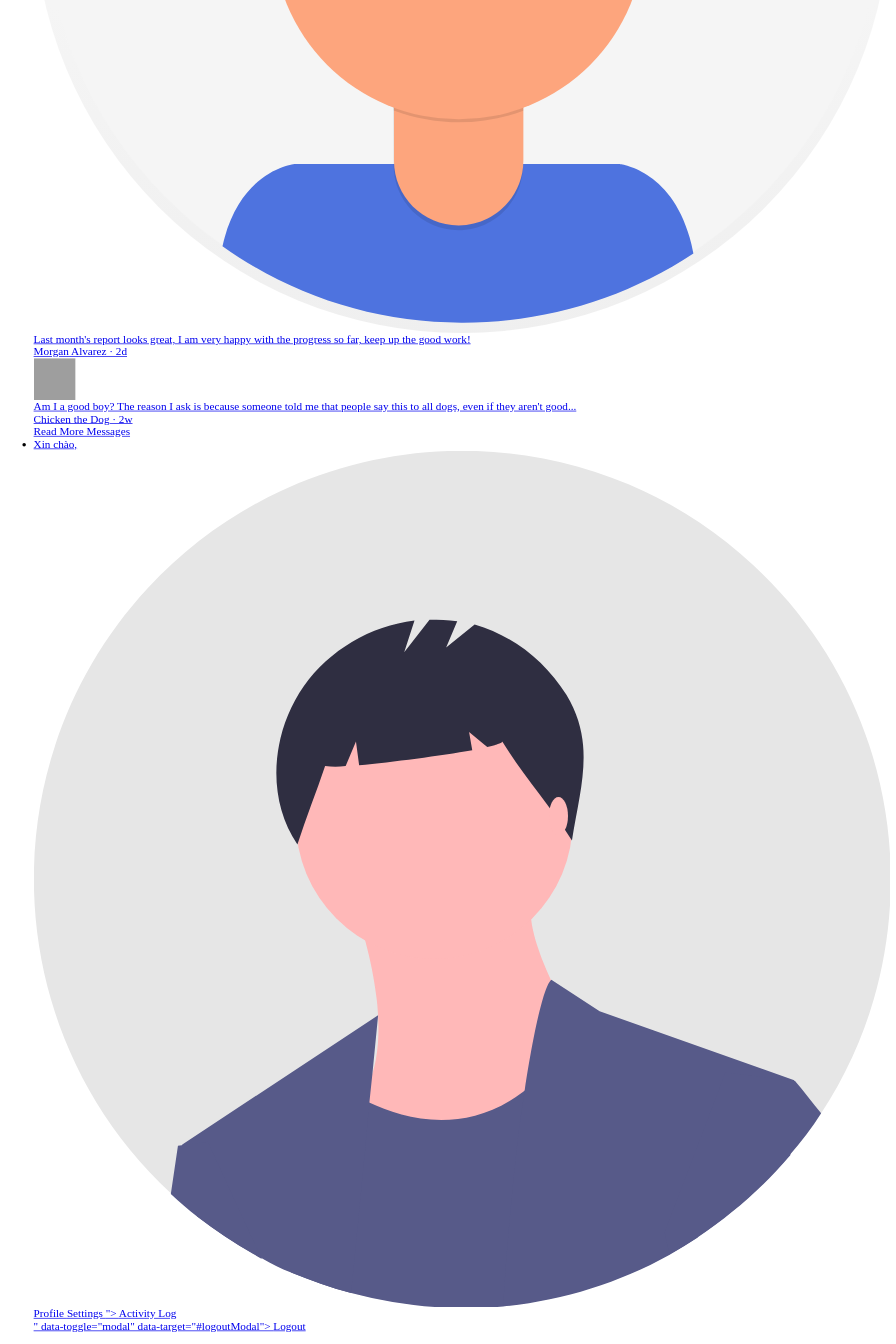
Repository: nhattieu/jsp-servlet-news-1
Page: http://localhost/training-jsp-servlet/common/admin/topbar.jsp
These files come from the project's save history. The page is drawn as it stood at one moment and after the next save; the edit follows.
The browser window is 1280 px wide. The pictures show the part of the page from y = 3654 to 5574 px (the page is 5574 px tall), at 70% of full size.
Pictures or frames that could not be fetched are drawn as grey boxes. The page is served by Tomcat 9. Nobody is signed in. The application's start-up code is not run. Other server files are loaded and not shown.

Above is the page before, as saved 2020-12-06 09:37:25.

### training-jsp-servlet/src/main/webapp/common/admin/topbar.jsp

<!-- Topbar -->
<nav
	class="navbar navbar-expand navbar-light bg-white topbar mb-4 static-top shadow">

	<!-- Sidebar Toggle (Topbar) -->
	<button id="sidebarToggleTop"
		class="btn btn-link d-md-none rounded-circle mr-3">
		<i class="fa fa-bars"></i>
	</button>

	<!-- Topbar Search -->
	<form
		class="d-none d-sm-inline-block form-inline mr-auto ml-md-3 my-2 my-md-0 mw-100 navbar-search">
		<div class="input-group">
			<input type="text" class="form-control bg-light border-0 small"
				placeholder="Search for..." aria-label="Search"
				aria-describedby="basic-addon2">
			<div class="input-group-append">
				<button class="btn btn-primary" type="button">
					<i class="fas fa-search fa-sm"></i>
				</button>
			</div>
		</div>
	</form>

	<!-- Topbar Navbar -->
	<ul class="navbar-nav ml-auto">

		<!-- Nav Item - Search Dropdown (Visible Only XS) -->
		<li class="nav-item dropdown no-arrow d-sm-none"><a
			class="nav-link dropdown-toggle" href="#" id="searchDropdown"
			role="button" data-toggle="dropdown" aria-haspopup="true"
			aria-expanded="false"> <i class="fas fa-search fa-fw"></i>
		</a> <!-- Dropdown - Messages -->
			<div
				class="dropdown-menu dropdown-menu-right p-3 shadow animated--grow-in"
				aria-labelledby="searchDropdown">
				<form class="form-inline mr-auto w-100 navbar-search">
					<div class="input-group">
						<input type="text" class="form-control bg-light border-0 small"
							placeholder="Search for..." aria-label="Search"
							aria-describedby="basic-addon2">
						<div class="input-group-append">
							<button class="btn btn-primary" type="button">
								<i class="fas fa-search fa-sm"></i>
							</button>
						</div>
					</div>
				</form>
			</div></li>

		<!-- Nav Item - Alerts -->
		<li class="nav-item dropdown no-arrow mx-1"><a
			class="nav-link dropdown-toggle" href="#" id="alertsDropdown"
			role="button" data-toggle="dropdown" aria-haspopup="true"
			aria-expanded="false"> <i class="fas fa-bell fa-fw"></i> <!-- Counter - Alerts -->
				<span class="badge badge-danger badge-counter">3+</span>
		</a> <!-- Dropdown - Alerts -->
			<div
				class="dropdown-list dropdown-menu dropdown-menu-right shadow animated--grow-in"
				aria-labelledby="alertsDropdown">
				<h6 class="dropdown-header">Alerts Center</h6>
				<a class="dropdown-item d-flex align-items-center" href="#">
					<div class="mr-3">
						<div class="icon-circle bg-primary">
							<i class="fas fa-file-alt text-white"></i>
						</div>
					</div>
					<div>
						<div class="small text-gray-500">December 12, 2019</div>
						<span class="font-weight-bold">A new monthly report is
							ready to download!</span>
					</div>
				</a> <a class="dropdown-item d-flex align-items-center" href="#">
					<div class="mr-3">
						<div class="icon-circle bg-success">
							<i class="fas fa-donate text-white"></i>
						</div>
					</div>
					<div>
						<div class="small text-gray-500">December 7, 2019</div>
						$290.29 has been deposited into your account!
					</div>
				</a> <a class="dropdown-item d-flex align-items-center" href="#">
					<div class="mr-3">
						<div class="icon-circle bg-warning">
							<i class="fas fa-exclamation-triangle text-white"></i>
						</div>
					</div>
					<div>
						<div class="small text-gray-500">December 2, 2019</div>
						Spending Alert: We've noticed unusually high spending for your
						account.
					</div>
				</a> <a class="dropdown-item text-center small text-gray-500" href="#">Show
					All Alerts</a>
			</div></li>

		<!-- Nav Item - Messages -->
		<li class="nav-item dropdown no-arrow mx-1"><a
			class="nav-link dropdown-toggle" href="#" id="messagesDropdown"
			role="button" data-toggle="dropdown" aria-haspopup="true"
			aria-expanded="false"> <i class="fas fa-envelope fa-fw"></i> <!-- Counter - Messages -->
				<span class="badge badge-danger badge-counter">7</span>
		</a> <!-- Dropdown - Messages -->
			<div
				class="dropdown-list dropdown-menu dropdown-menu-right shadow animated--grow-in"
				aria-labelledby="messagesDropdown">
				<h6 class="dropdown-header">Message Center</h6>
				<a class="dropdown-item d-flex align-items-center" href="#">
					<div class="dropdown-list-image mr-3">
						<img class="rounded-circle" src="template/admin/img/undraw_profile_1.svg" alt="">
						<div class="status-indicator bg-success"></div>
					</div>
					<div class="font-weight-bold">
						<div class="text-truncate">Hi there! I am wondering if you
							can help me with a problem I've been having.</div>
						<div class="small text-gray-500">Emily Fowler · 58m</div>
					</div>
				</a> <a class="dropdown-item d-flex align-items-center" href="#">
					<div class="dropdown-list-image mr-3">
						<img class="rounded-circle" src="template/admin/img/undraw_profile_2.svg" alt="">
						<div class="status-indicator"></div>
					</div>
					<div>
						<div class="text-truncate">I have the photos that you
							ordered last month, how would you like them sent to you?</div>
						<div class="small text-gray-500">Jae Chun · 1d</div>
					</div>
				</a> <a class="dropdown-item d-flex align-items-center" href="#">
					<div class="dropdown-list-image mr-3">
						<img class="rounded-circle" src="template/admin/img/undraw_profile_3.svg" alt="">
						<div class="status-indicator bg-warning"></div>
					</div>
					<div>
						<div class="text-truncate">Last month's report looks great,
							I am very happy with the progress so far, keep up the good work!</div>
						<div class="small text-gray-500">Morgan Alvarez · 2d</div>
					</div>
				</a> <a class="dropdown-item d-flex align-items-center" href="#">
					<div class="dropdown-list-image mr-3">
						<img class="rounded-circle"
							src="https://source.unsplash.com/Mv9hjnEUHR4/60x60" alt="">
						<div class="status-indicator bg-success"></div>
					</div>
					<div>
						<div class="text-truncate">Am I a good boy? The reason I ask
							is because someone told me that people say this to all dogs, even
							if they aren't good...</div>
						<div class="small text-gray-500">Chicken the Dog · 2w</div>
					</div>
				</a> <a class="dropdown-item text-center small text-gray-500" href="#">Read
					More Messages</a>
			</div></li>

		<div class="topbar-divider d-none d-sm-block"></div>

		<!-- Nav Item - User Information -->
		<li class="nav-item dropdown no-arrow"><a
			class="nav-link dropdown-toggle" href="#" id="userDropdown"
			role="button" data-toggle="dropdown" aria-haspopup="true"
			aria-expanded="false">
			<span
				class="mr-2 d-none d-lg-inline text-gray-600 small">Xin chào, ${USERMODEL.fullName}</span>
					<img class="img-profile rounded-circle"
				src="template/admin/img/undraw_profile.svg">
		</a> <!-- Dropdown - User Information -->
			<div
				class="dropdown-menu dropdown-menu-right shadow animated--grow-in"
				aria-labelledby="userDropdown">
				<a class="dropdown-item" href="#"> <i
					class="fas fa-user fa-sm fa-fw mr-2 text-gray-400"></i> Profile
				</a>
				<a class="dropdown-item" href="#"> <i
					class="fas fa-cogs fa-sm fa-fw mr-2 text-gray-400"></i> Settings
				</a>
				<a class="dropdown-item" href="<c:url value="/dang-xuat?action=logout" />"> <i
					class="fas fa-list fa-sm fa-fw mr-2 text-gray-400"></i> Activity
					Log
				</a>
				<div class="dropdown-divider"></div>
				<a class="dropdown-item" href="<c:url value="/dang-xuat?action=logout" />" data-toggle="modal"
					data-target="#logoutModal"> <i
					class="fas fa-sign-out-alt fa-sm fa-fw mr-2 text-gray-400"></i>
					Logout
				</a>
			</div></li>

	</ul>

</nav>
<!-- End of Topbar -->

### training-jsp-servlet/src/main/webapp/template/admin/img/undraw_profile_1.svg
<?xml version="1.0" encoding="utf-8"?>
<!-- Generator: Adobe Illustrator 25.0.0, SVG Export Plug-In . SVG Version: 6.00 Build 0)  -->
<svg version="1.1" id="_x38_8ce59e9-c4b8-4d1d-9d7a-ce0190159aa8"
	 xmlns="http://www.w3.org/2000/svg" xmlns:xlink="http://www.w3.org/1999/xlink" x="0px" y="0px" viewBox="0 0 231.8 231.8"
	 style="enable-background:new 0 0 231.8 231.8;" xml:space="preserve">
<style type="text/css">
	.st0{opacity:0.5;}
	.st1{fill:url(#SVGID_1_);}
	.st2{fill:#F5F5F5;}
	.st3{fill:#333333;}
	.st4{fill:#4E73DF;}
	.st5{opacity:0.1;enable-background:new    ;}
	.st6{fill:#BE7C5E;}
</style>
<g class="st0">

		<linearGradient id="SVGID_1_" gradientUnits="userSpaceOnUse" x1="115.89" y1="525.2" x2="115.89" y2="756.98" gradientTransform="matrix(1 0 0 -1 0 756.98)">
		<stop  offset="0" style="stop-color:#808080;stop-opacity:0.25"/>
		<stop  offset="0.54" style="stop-color:#808080;stop-opacity:0.12"/>
		<stop  offset="1" style="stop-color:#808080;stop-opacity:0.1"/>
	</linearGradient>
	<circle class="st1" cx="115.9" cy="115.9" r="115.9"/>
</g>
<circle class="st2" cx="115.9" cy="115.3" r="113.4"/>
<path class="st3" d="M71.6,116.3c0,0-12.9,63.4-19.9,59.8c0,0,67.7,58.5,127.5,0c0,0-10.5-44.6-25.7-59.8H71.6z"/>
<path class="st4" d="M116.2,229c22.2,0,43.9-6.5,62.4-18.7c-4.2-22.8-20.1-24.1-20.1-24.1H70.8c0,0-15,1.2-19.7,22.2
	C70.1,221.9,92.9,229.1,116.2,229z"/>
<circle class="st3" cx="115" cy="112.8" r="50.3"/>
<path class="st5" d="M97.3,158.4h35.1l0,0v28.1c0,9.7-7.8,17.5-17.5,17.5l0,0c-9.7,0-17.5-7.9-17.5-17.5L97.3,158.4L97.3,158.4z"/>
<path class="st6" d="M100.7,157.1h28.4c1.9,0,3.4,1.5,3.4,3.3v0v24.7c0,9.7-7.8,17.5-17.5,17.5l0,0c-9.7,0-17.5-7.9-17.5-17.5v0
	v-24.7C97.4,158.6,98.9,157.1,100.7,157.1z"/>
<path class="st5" d="M97.4,171.6c11.3,4.2,23.8,4.3,35.1,0.1v-4.3H97.4V171.6z"/>
<circle class="st6" cx="115" cy="123.7" r="50.3"/>
<path class="st3" d="M66.9,104.6h95.9c0,0-8.2-38.7-44.4-36.2S66.9,104.6,66.9,104.6z"/>
<ellipse class="st6" cx="65.8" cy="121.5" rx="4.7" ry="8.8"/>
<ellipse class="st6" cx="164" cy="121.5" rx="4.7" ry="8.8"/>
<path class="st5" d="M66.9,105.9h95.9c0,0-8.2-38.7-44.4-36.2S66.9,105.9,66.9,105.9z"/>
</svg>

### training-jsp-servlet/src/main/webapp/template/admin/img/undraw_profile_2.svg
<?xml version="1.0" encoding="utf-8"?>
<!-- Generator: Adobe Illustrator 25.0.0, SVG Export Plug-In . SVG Version: 6.00 Build 0)  -->
<svg version="1.1" id="_x38_8ce59e9-c4b8-4d1d-9d7a-ce0190159aa8"
	 xmlns="http://www.w3.org/2000/svg" xmlns:xlink="http://www.w3.org/1999/xlink" x="0px" y="0px" viewBox="0 0 231.8 231.8"
	 style="enable-background:new 0 0 231.8 231.8;" xml:space="preserve">
<style type="text/css">
	.st0{opacity:0.5;}
	.st1{fill:url(#SVGID_1_);}
	.st2{fill:#F5F5F5;}
	.st3{fill:#4E73DF;}
	.st4{fill:#72351C;}
	.st5{opacity:0.1;enable-background:new    ;}
	.st6{fill:#FDA57D;}
</style>
<g class="st0">

		<linearGradient id="SVGID_1_" gradientUnits="userSpaceOnUse" x1="115.89" y1="526.22" x2="115.89" y2="758" gradientTransform="matrix(1 0 0 -1 0 758)">
		<stop  offset="0" style="stop-color:#808080;stop-opacity:0.25"/>
		<stop  offset="0.54" style="stop-color:#808080;stop-opacity:0.12"/>
		<stop  offset="1" style="stop-color:#808080;stop-opacity:0.1"/>
	</linearGradient>
	<circle class="st1" cx="115.9" cy="115.9" r="115.9"/>
</g>
<circle class="st2" cx="116.1" cy="115.1" r="113.4"/>
<path class="st3" d="M116.2,229c22.2,0,43.9-6.5,62.4-18.7c-4.2-22.9-20.1-24.2-20.1-24.2H70.8c0,0-15,1.2-19.7,22.2
	C70.1,221.9,92.9,229.1,116.2,229z"/>
<circle class="st4" cx="115" cy="112.8" r="54.8"/>
<path class="st5" d="M97.3,158.4h35.1l0,0v28.1c0,9.7-7.8,17.6-17.5,17.6c0,0,0,0,0,0l0,0c-9.7,0-17.5-7.9-17.5-17.5L97.3,158.4
	L97.3,158.4z"/>
<path class="st6" d="M100.7,157.1h28.4c1.9,0,3.3,1.5,3.3,3.4v24.7c0,9.7-7.9,17.5-17.5,17.5l0,0c-9.7,0-17.5-7.9-17.5-17.5v-24.7
	C97.3,158.6,98.8,157.1,100.7,157.1L100.7,157.1z"/>
<path class="st5" d="M97.4,171.6c11.3,4.2,23.8,4.3,35.1,0.1v-4.3H97.4V171.6z"/>
<circle class="st6" cx="115" cy="123.7" r="50.3"/>
<path class="st5" d="M79.2,77.9c0,0,21.2,43,81,18l-13.9-21.8l-24.7-8.9L79.2,77.9z"/>
<path class="st4" d="M79.2,77.3c0,0,21.2,43,81,18l-13.9-21.8l-24.7-8.9L79.2,77.3z"/>
<path class="st4" d="M79,74.4c1.4-4.4,3.9-8.4,7.2-11.7c9.9-9.8,26.1-11.8,34.4-23c1.8,3.1,0.7,7.1-2.4,8.9
	c-0.2,0.1-0.4,0.2-0.6,0.3c8-0.1,17.2-0.8,21.7-7.3c2.3,5.3,1.3,11.4-2.5,15.7c7.1,0.3,14.6,5.1,15.1,12.2c0.3,4.7-2.6,9.1-6.5,11.9
	s-8.5,3.9-13.1,4.9C118.8,89.2,70.3,101.6,79,74.4z"/>
<path class="st4" d="M165.3,124.1H164L138,147.2c-25-11.7-43.3,0-43.3,0l-27.2-22.1l-2.7,0.3c0.8,27.8,23.9,49.6,51.7,48.9
	C143.6,173.5,165.3,151.3,165.3,124.1L165.3,124.1z M115,156.1c-9.8,0-17.7-2-17.7-4.4s7.9-4.4,17.7-4.4s17.7,2,17.7,4.4
	S124.7,156.1,115,156.1L115,156.1z"/>
<ellipse class="st6" cx="64.7" cy="123.6" rx="4.7" ry="8.8"/>
<ellipse class="st6" cx="165.3" cy="123.6" rx="4.7" ry="8.8"/>
</svg>

### training-jsp-servlet/src/main/webapp/template/admin/img/undraw_profile_3.svg
<?xml version="1.0" encoding="utf-8"?>
<!-- Generator: Adobe Illustrator 25.0.0, SVG Export Plug-In . SVG Version: 6.00 Build 0)  -->
<svg version="1.1" id="_x38_8ce59e9-c4b8-4d1d-9d7a-ce0190159aa8"
	 xmlns="http://www.w3.org/2000/svg" xmlns:xlink="http://www.w3.org/1999/xlink" x="0px" y="0px" viewBox="0 0 231.8 231.8"
	 style="enable-background:new 0 0 231.8 231.8;" xml:space="preserve">
<style type="text/css">
	.st0{opacity:0.5;}
	.st1{fill:url(#SVGID_1_);}
	.st2{fill:#F5F5F5;}
	.st3{fill:#4E73DF;}
	.st4{fill:#F55F44;}
	.st5{opacity:0.1;enable-background:new    ;}
	.st6{fill:#FDA57D;}
	.st7{fill:#333333;}
</style>
<g class="st0">

		<linearGradient id="SVGID_1_" gradientUnits="userSpaceOnUse" x1="115.89" y1="9.36" x2="115.89" y2="241.14" gradientTransform="matrix(1 0 0 -1 0 241.14)">
		<stop  offset="0" style="stop-color:#808080;stop-opacity:0.25"/>
		<stop  offset="0.54" style="stop-color:#808080;stop-opacity:0.12"/>
		<stop  offset="1" style="stop-color:#808080;stop-opacity:0.1"/>
	</linearGradient>
	<circle class="st1" cx="115.9" cy="115.9" r="115.9"/>
</g>
<circle class="st2" cx="116.1" cy="115.1" r="113.4"/>
<path class="st3" d="M116.2,229c22.2,0,43.8-6.5,62.3-18.7c-4.2-22.8-20.1-24.2-20.1-24.2H70.8c0,0-15,1.2-19.7,22.2
	C70.1,221.9,92.9,229.1,116.2,229z"/>
<circle class="st4" cx="115" cy="112.8" r="54.8"/>
<path class="st5" d="M97.3,158.4h35.1l0,0v28.1c0,9.7-7.9,17.5-17.5,17.5l0,0l0,0c-9.7,0-17.5-7.9-17.5-17.5l0,0L97.3,158.4
	L97.3,158.4z"/>
<path class="st6" d="M100.7,157.1h28.4c1.9,0,3.4,1.5,3.4,3.4l0,0v24.7c0,9.7-7.9,17.5-17.5,17.5l0,0l0,0c-9.7,0-17.5-7.9-17.5-17.5
	l0,0v-24.7C97.4,158.6,98.8,157.1,100.7,157.1L100.7,157.1L100.7,157.1z"/>
<path class="st5" d="M97.4,171.6c11.3,4.2,23.8,4.3,35.1,0.1v-4.3H97.4V171.6z"/>
<circle class="st6" cx="115" cy="123.7" r="50.3"/>
<circle class="st4" cx="114.9" cy="57.1" r="20.2"/>
<circle class="st4" cx="114.9" cy="37.1" r="13.3"/>
<path class="st4" d="M106.2,68.2c-9.9-4.4-14.5-15.8-10.5-25.9c-0.1,0.3-0.3,0.6-0.4,0.9c-4.6,10.2,0,22.2,10.2,26.8
	s22.2,0,26.8-10.2c0.1-0.3,0.2-0.6,0.4-0.9C127.6,68.5,116,72.6,106.2,68.2z"/>
<path class="st5" d="M79.2,77.9c0,0,21.2,43,81,18l-13.9-21.8l-24.7-8.9L79.2,77.9z"/>
<path class="st4" d="M79.2,77.3c0,0,21.2,43,81,18l-13.9-21.8l-24.7-8.9L79.2,77.3z"/>
<path class="st7" d="M95.5,61.6c13-1,26.1-1,39.2,0C134.7,61.6,105.8,64.3,95.5,61.6z"/>
<path class="st4" d="M118,23c-1,0-2,0-3,0.2h0.8c7.3,0.2,13.1,6.4,12.8,13.7c-0.2,6.2-4.7,11.5-10.8,12.6
	c7.3,0.1,13.3-5.8,13.4-13.2C131.2,29.1,125.3,23.1,118,23L118,23z"/>
<ellipse class="st6" cx="64.7" cy="123.6" rx="4.7" ry="8.8"/>
<ellipse class="st6" cx="165.3" cy="123.6" rx="4.7" ry="8.8"/>
<polygon class="st4" points="76,78.6 85.8,73.5 88,81.6 82,85.7 "/>
</svg>

### training-jsp-servlet/src/main/webapp/template/admin/img/undraw_profile.svg
<?xml version="1.0" encoding="utf-8"?>
<!-- Generator: Adobe Illustrator 25.0.0, SVG Export Plug-In . SVG Version: 6.00 Build 0)  -->
<svg version="1.1" id="Layer_1" xmlns="http://www.w3.org/2000/svg" xmlns:xlink="http://www.w3.org/1999/xlink" x="0px" y="0px"
	 viewBox="0 0 108.3 108.3" style="enable-background:new 0 0 108.3 108.3;" xml:space="preserve">
<style type="text/css">
	.st0{fill:#E6E6E6;}
	.st1{fill:#FFB8B8;}
	.st2{fill:#575A89;}
	.st3{fill:#2F2E41;}
</style>
<g id="Group_45" transform="translate(-191 -152.079)">
	<g id="Group_30" transform="translate(282.246 224.353)">
		<path id="Path_944" class="st0" d="M17.1-18.1c0,10.5-3,20.8-8.8,29.6c-1.2,1.9-2.5,3.6-4,5.3c-3.4,4-7.3,7.4-11.6,10.3
			c-1.2,0.8-2.4,1.5-3.6,2.2c-6.5,3.6-13.7,5.8-21,6.5c-1.7,0.2-3.4,0.2-5.1,0.2c-4.7,0-9.4-0.6-14-1.8c-2.6-0.7-5.1-1.6-7.6-2.6
			c-1.3-0.5-2.5-1.1-3.7-1.8c-2.9-1.5-5.6-3.3-8.2-5.3c-1.2-0.9-2.3-1.9-3.4-2.9C-95.8,1.3-97.1-33-76.8-54.9s54.6-23.3,76.5-2.9
			C10.8-47.6,17.1-33.2,17.1-18.1L17.1-18.1z"/>
		<path id="Path_945" class="st1" d="M-50.2-13.2c0,0,4.9,13.7,1.1,21.4s6,16.4,6,16.4s25.8-13.1,22.5-19.7s-8.8-15.3-7.7-20.8
			L-50.2-13.2z"/>
		<ellipse id="Ellipse_185" class="st1" cx="-40.6" cy="-25.5" rx="17.5" ry="17.5"/>
		<path id="Path_946" class="st2" d="M-51.1,34.2c-2.6-0.7-5.1-1.6-7.6-2.6l0.5-13.3l4.9-11c1.1,0.9,2.3,1.6,3.5,2.3
			c0.3,0.2,0.6,0.3,0.9,0.5c4.6,2.2,12.2,4.2,19.5-1.3c2.7-2.1,5-4.7,6.7-7.6L-8.8,9l0.7,8.4l0.8,9.8c-1.2,0.8-2.4,1.5-3.6,2.2
			c-6.5,3.6-13.7,5.8-21,6.5c-1.7,0.2-3.4,0.2-5.1,0.2C-41.8,36.1-46.5,35.4-51.1,34.2z"/>
		<path id="Path_947" class="st2" d="M-47.7-0.9L-47.7-0.9l-0.7,7.2l-0.4,3.8l-0.5,5.6l-1.8,18.5c-2.6-0.7-5.1-1.6-7.6-2.6
			c-1.3-0.5-2.5-1.1-3.7-1.8c-2.9-1.5-5.6-3.3-8.2-5.3l-1.9-9l0.1-0.1L-47.7-0.9z"/>
		<path id="Path_948" class="st2" d="M-10.9,29.3c-6.5,3.6-13.7,5.8-21,6.5c0.4-6.7,1-13.1,1.6-18.8c0.3-2.9,0.7-5.7,1.1-8.2
			c1.2-8,2.5-13.5,3.4-14.2l6.1,4L4.9,7.3l-0.5,9.5c-3.4,4-7.3,7.4-11.6,10.3C-8.5,27.9-9.7,28.7-10.9,29.3z"/>
		<path id="Path_949" class="st2" d="M-70.5,24.6c-1.2-0.9-2.3-1.9-3.4-2.9l0.9-6.1l0.7-0.1l3.1-0.4l6.8,14.8
			C-65.2,28.3-67.9,26.6-70.5,24.6L-70.5,24.6z"/>
		<path id="Path_950" class="st2" d="M8.3,11.5c-1.2,1.9-2.5,3.6-4,5.3c-3.4,4-7.3,7.4-11.6,10.3c-1.2,0.8-2.4,1.5-3.6,2.2l-0.6-2.8
			l3.5-9.1l4.2-11.1l8.8,1.1C6.1,8.7,7.2,10.1,8.3,11.5z"/>
		<path id="Path_951" class="st3" d="M-23.9-41.4c-2.7-4.3-6.8-7.5-11.6-8.9l-3.6,2.9l1.4-3.3c-1.2-0.2-2.3-0.2-3.5-0.2l-3.2,4.1
			l1.3-4c-5.6,0.7-10.7,3.7-14,8.3c-4.1,5.9-4.8,14.1-0.8,20c1.1-3.4,2.4-6.6,3.5-9.9c0.9,0.1,1.7,0.1,2.6,0l1.3-3.1l0.4,3
			c4.2-0.4,10.3-1.2,14.3-1.9l-0.4-2.3l2.3,1.9c1.2-0.3,1.9-0.5,1.9-0.7c2.9,4.7,5.8,7.7,8.8,12.5C-22.1-29.8-20.2-35.3-23.9-41.4z"
			/>
		<ellipse id="Ellipse_186" class="st1" cx="-24.9" cy="-26.1" rx="1.2" ry="2.4"/>
	</g>
</g>
</svg>

After the next save:
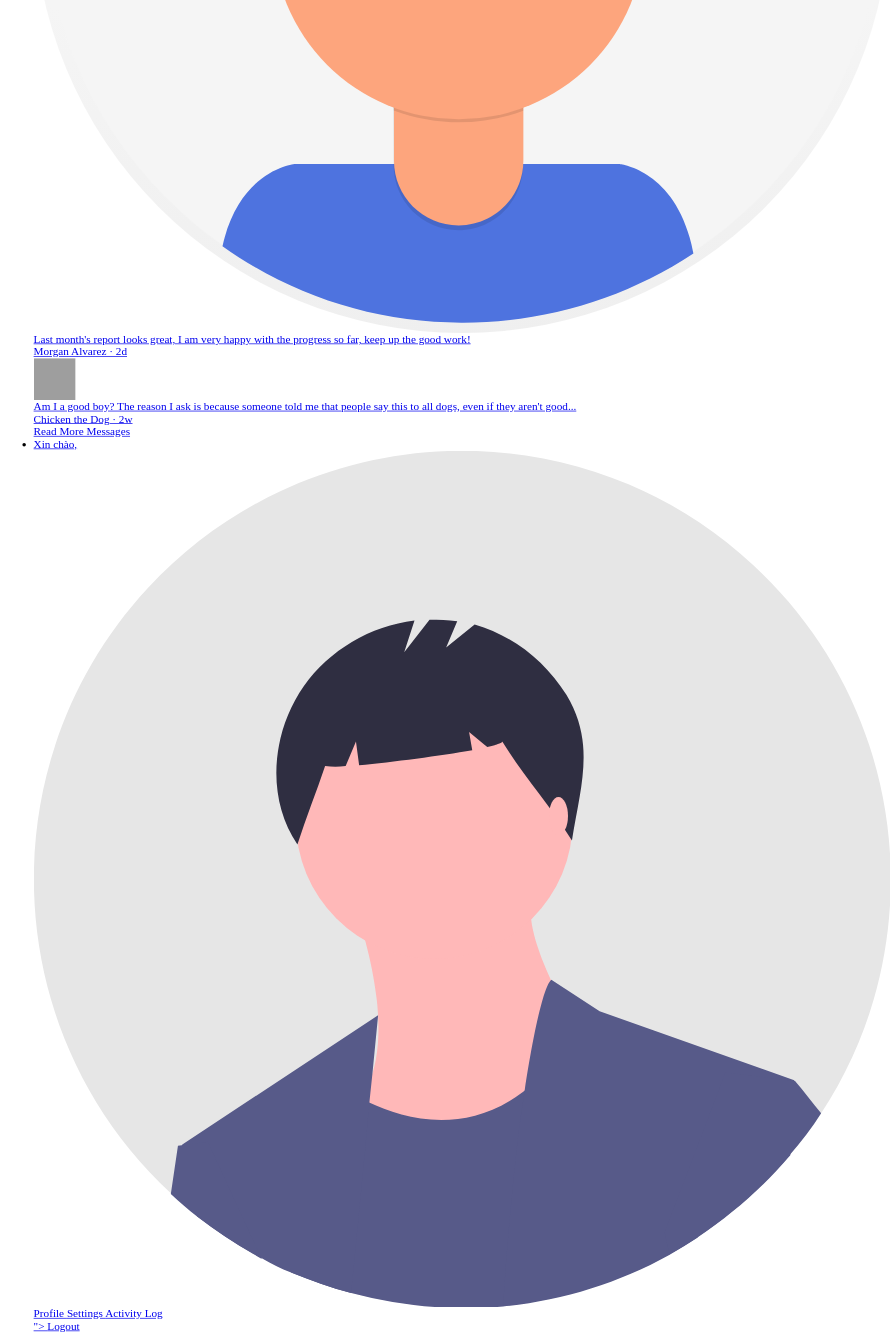
Saved 103 s later.
--- a/training-jsp-servlet/src/main/webapp/common/admin/topbar.jsp
+++ b/training-jsp-servlet/src/main/webapp/common/admin/topbar.jsp
@@ -175,13 +175,12 @@
 				<a class="dropdown-item" href="#"> <i
 					class="fas fa-cogs fa-sm fa-fw mr-2 text-gray-400"></i> Settings
 				</a>
-				<a class="dropdown-item" href="<c:url value="/dang-xuat?action=logout" />"> <i
+				<a class="dropdown-item" href="#"> <i
 					class="fas fa-list fa-sm fa-fw mr-2 text-gray-400"></i> Activity
 					Log
 				</a>
 				<div class="dropdown-divider"></div>
-				<a class="dropdown-item" href="<c:url value="/dang-xuat?action=logout" />" data-toggle="modal"
-					data-target="#logoutModal"> <i
+				<a class="dropdown-item" href="<c:url value="/dang-xuat?action=logout" />"> <i
 					class="fas fa-sign-out-alt fa-sm fa-fw mr-2 text-gray-400"></i>
 					Logout
 				</a>
